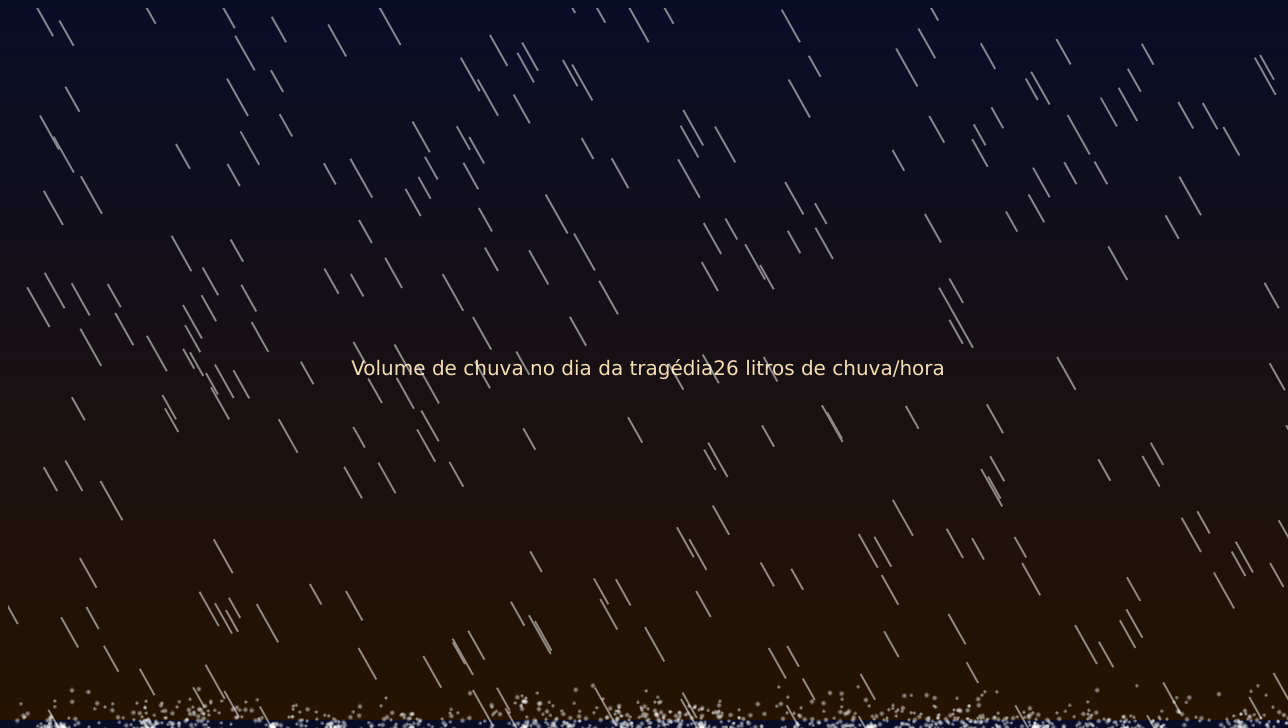
Repository: lucasthaynan/chuvas-estadao
Page: index.html
These files come from the project's save history. The page is drawn as it stood at one moment and after the next save; the edit follows.
The browser window is 1280 px wide. The page is 1288 px wide, so the pictures cover 1288 px, including what lies to the right of the window. The pictures show the whole page.

Above is the page before, as saved 2023-02-23 19:02:14.
Console error: ReferenceError: dat is not defined

After the next save:
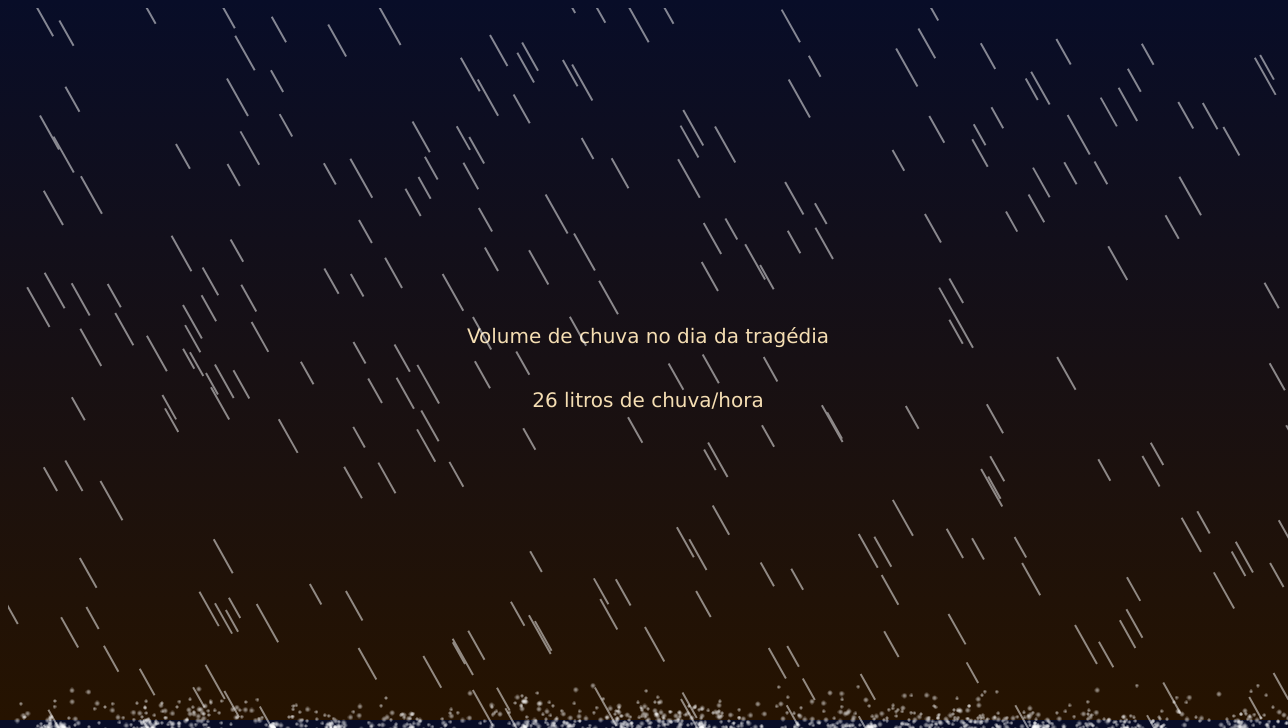
Saved 14 s later.
--- a/style.css
+++ b/style.css
@@ -31,6 +31,8 @@ background: -webkit-linear-gradient(top,  rgba(8,13,40,1) 0%,rgba(38,19,0,1) 100
     height: 100%;
     /* align-content: center; */
     align-items: center;
+    flex-direction: column;
+    flex-wrap: nowrap;
 }
 
 p {
